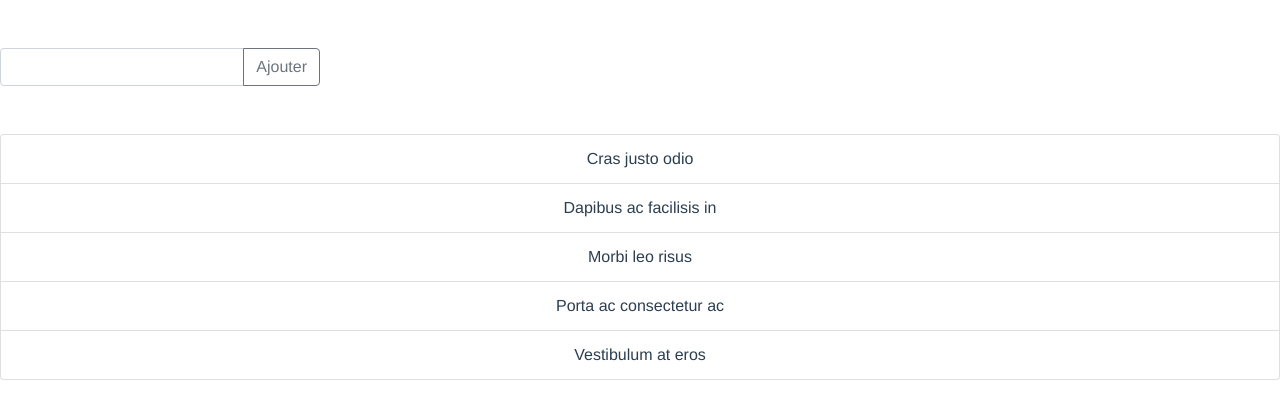
Repository: corentin-e-student/test-vue
Page: /
The author's editor kept a copy of each file at every save. The page is drawn from the files as they stood at one save, then again after the next save.
The browser window is 1280 px wide. The pictures show the whole page.
The project was rebuilt for these pictures with package versions that can differ from the ones it lists, and the page was loaded fresh each time. Also part of the build but not shown: vue.config.js.

Above is the page before, as saved 2023-02-28 14:47:03.

After the next save:
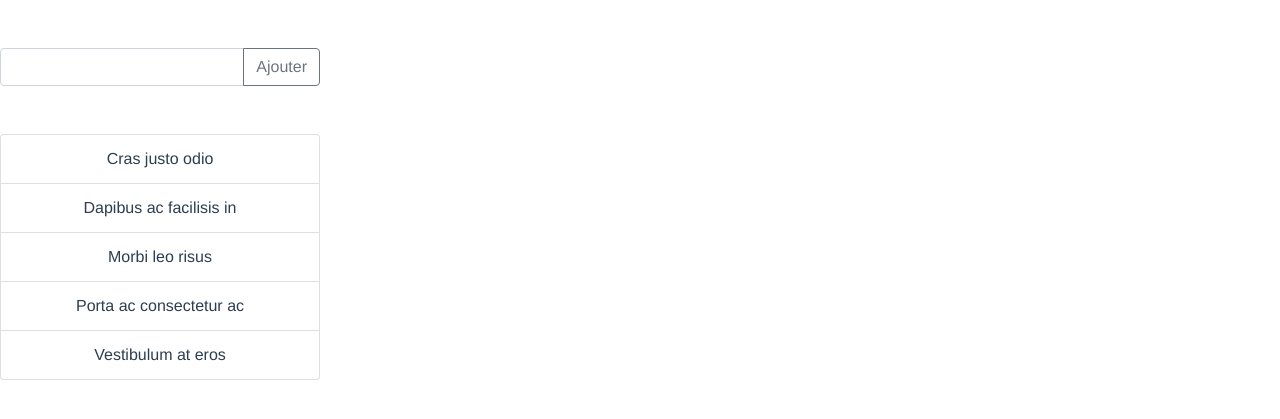
Saved 4 s later.
--- a/src/components/TodoList.vue
+++ b/src/components/TodoList.vue
@@ -1,6 +1,6 @@
 <template>
     <div class="hello">
-        <b-list-group class="mt-5 w-35">
+        <b-list-group class="mt-5 w-25">
             <b-list-group-item>Cras justo odio</b-list-group-item>
             <b-list-group-item>Dapibus ac facilisis in</b-list-group-item>
             <b-list-group-item>Morbi leo risus</b-list-group-item>
